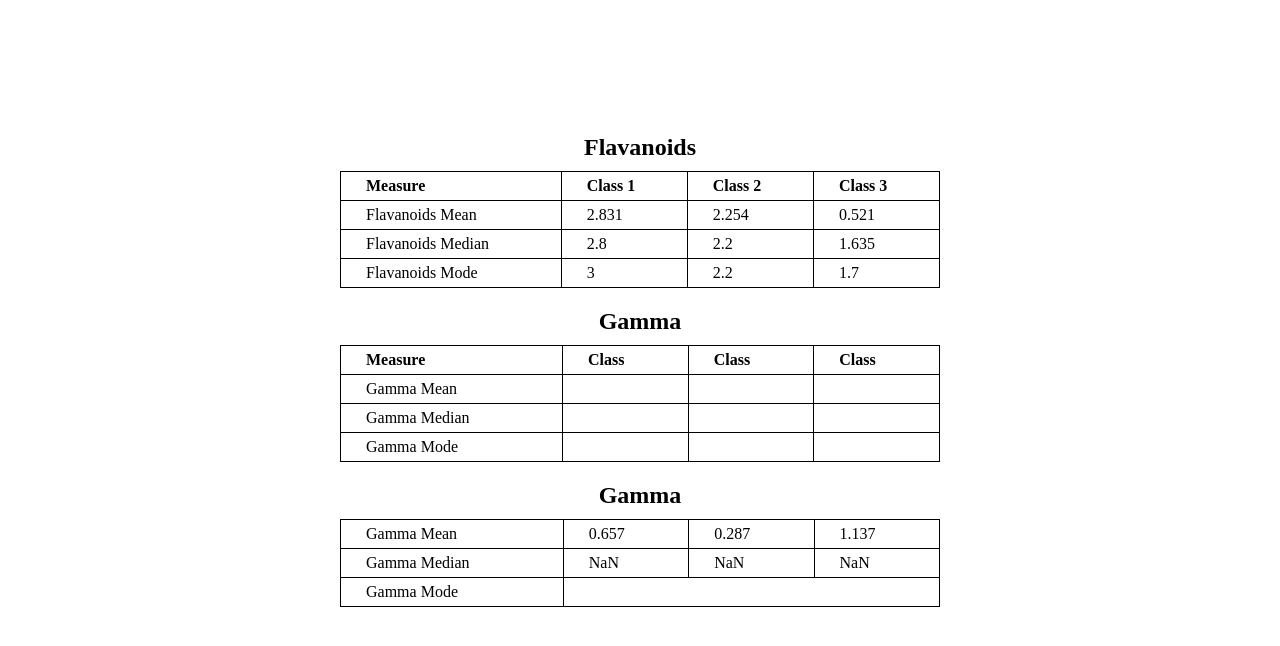
Repository: Rahul6395/WineAlcohol-Calculate
Page: /
An editor plug-in stored every save of this project. The page is shown before and after a run of saves, followed by the edit.
The browser window is 1280 px wide. The pictures show the whole page.
The project was rebuilt for these pictures with package versions that can differ from the ones it lists, and the page was loaded fresh each time.

Above is the page before, as saved 2023-05-27 11:05:32.

After the next 2 saves:
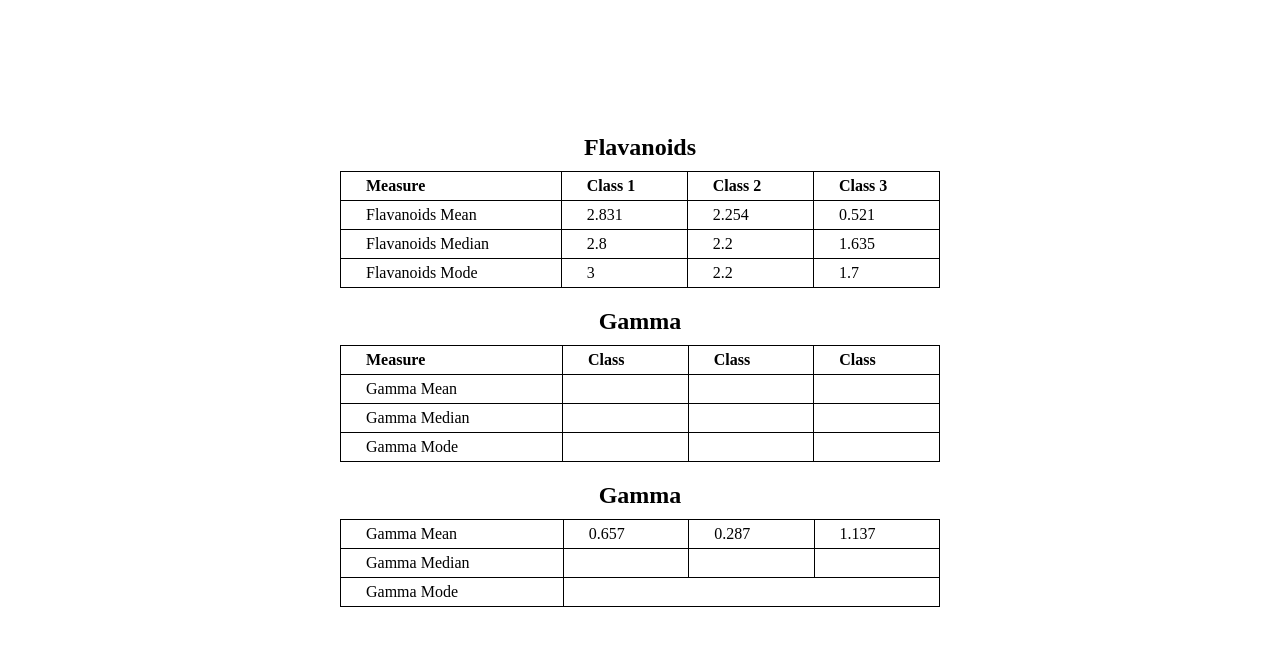
The 2 saves are shown as one change because 1 did not build or start.
The last was saved 109 s later.
--- a/src/component/Gamma.js
+++ b/src/component/Gamma.js
@@ -29,9 +29,9 @@ const GammaTable = () => {
         const sortedData = filteredData.sort((a, b) => a.Flavanoids - b.Flavanoids);
         const midIndex = Math.floor(sortedData.length / 2);
         if (sortedData.length % 2 === 0) {
-          return (sortedData[midIndex - 1]?.Flavanoids + sortedData[midIndex]?.Flavanoids) / 2;
+          return console.log("if",(sortedData[midIndex - 1]?.Flavanoids + sortedData[midIndex]?.Flavanoids) / 2);
         } else {
-          return sortedData[midIndex].Flavanoids;
+          return console.log("else",sortedData[midIndex].Flavanoids);
         }
       }
 
@@ -90,7 +90,7 @@ const GammaTable = () => {
           <td>Gamma Median</td>
           {
           Object.entries(gammaByClass).map(([className, gammaValues])=>(
-            <td>{calculateMedian( className,gammaValues).toFixed(3)}</td>
+            <td>{calculateMedian( className,gammaValues)}</td>
           ))
         }
         </tr>
